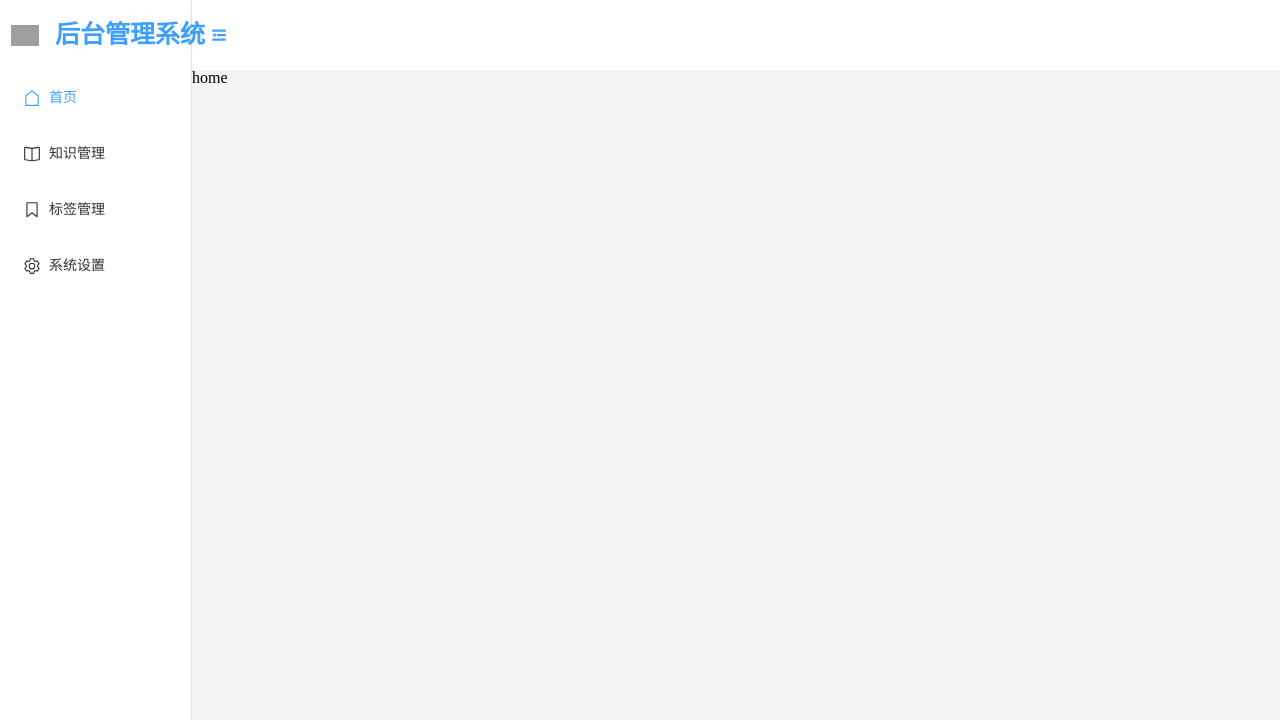
Repository: serrrN/admin
Page: /
An editor plug-in stored every save of this project. The page is shown before and after a run of saves, followed by the edit.
The browser window is 1280 px wide. The pictures show the whole page.
Pictures or frames that could not be fetched are drawn as grey boxes. The project was rebuilt for these pictures with package versions that can differ from the ones it lists, and the page was loaded fresh each time. Also part of the build but not shown: vite.config.ts, src/styles/index.scss.

Above is the page before, as saved 2024-06-05 17:23:48.

After the next 2 saves:
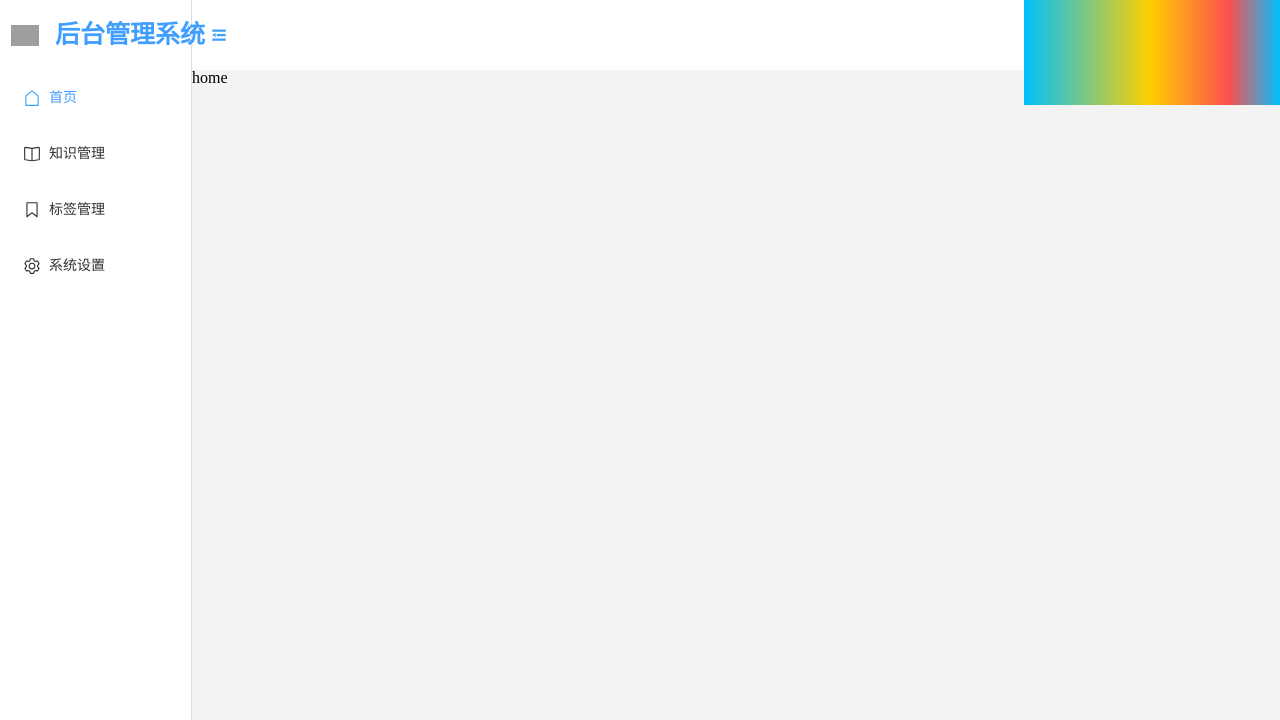
The 2 saves are shown as one change because they came seconds apart.
The last was saved 30 s later.
--- a/src/layout/header/menu/index.vue
+++ b/src/layout/header/menu/index.vue
@@ -4,9 +4,9 @@
 <script setup lang="ts"></script>
 <style lang="scss" scoped>
 .header-menu {
-  width:calc(20vw + 6px);
-  height:calc(8vw + 6px);
-  background-image: linear-gradient(90deg, #00C0FF 0%, #FFCF00 49%, #FC4F4F 80%, #00C0FF 100%);
+  width:20vw;
+  height:8vw;
+  background-color:white;
   border-radius:5px;
   display:flex;
   align-items:center;
@@ -14,12 +14,12 @@
   text-transform:uppercase;
   font-size:3vw;
   font-weight:bold;
-  visibility: hidden;
+
   &:after {
   content:attr(alt);
-  width:20vw;
-  height:8vw;
-  background-color:white;
+  width:calc(20vw + 6px);
+  height:calc(8vw + 6px);
+  background-image: linear-gradient(90deg, #00C0FF 0%, #FFCF00 49%, #FC4F4F 80%, #00C0FF 100%);
   display:flex;
   align-items:center;
   justify-content:center;
